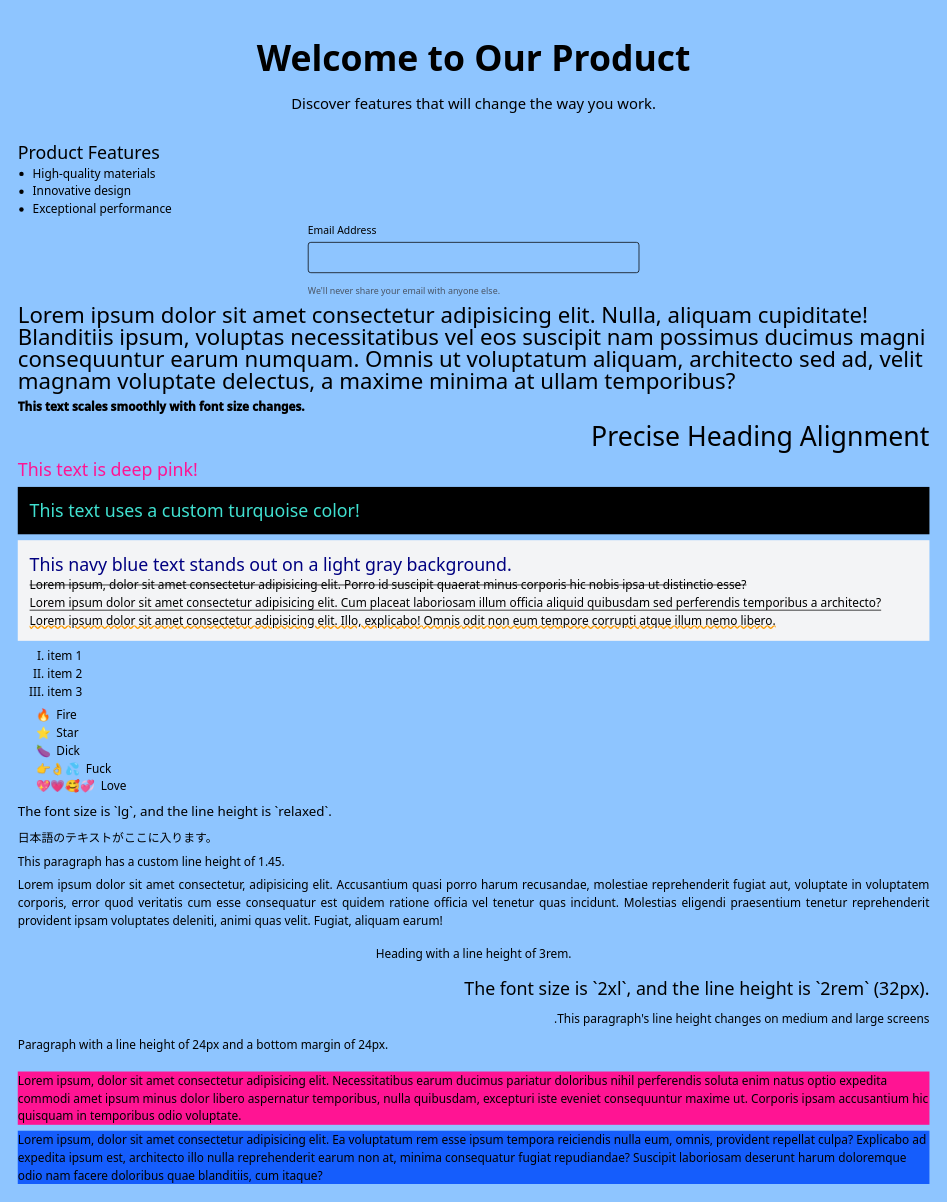
Repository: DinTri/TailwindCss
Page: index.html
An editor plug-in stored every save of this project. The page is shown before and after the next save, followed by the edit.
The browser window is 1280 px wide. The pictures show the whole page, at 74% of full size.
Some web fonts or font styles are not loaded; a fallback is used.

Above is the page before, as saved 2025-06-10 10:35:54.

### index.html
<!DOCTYPE html>
<html lang="en">
  <head>
    <meta charset="UTF-8">
    <meta name="viewport" content="width=device-width, initial-scale=1">
    <title>Play with Tailwind</title>
    <link rel="preconnect" href="https://fonts.googleapis.com">
<link rel="preconnect" href="https://fonts.gstatic.com" crossorigin>
<link href="https://fonts.googleapis.com/css2?family=Edu+VIC+WA+NT+Hand+Pre:wght@400..700&display=swap" rel="stylesheet">
    <link rel="stylesheet" href="style.css">
    </head>
  <body class="bg-blue-300">
    <div class="m-2 p-4 space-y-2">
      <section class="text-center py-6">
  <h1 class="text-5xl leading-tight font-bold">
    Welcome to Our Product
  </h1>
  <p class="text-xl leading-relaxed mt-4">
    Discover features that will change the way you work.
  </p>
</section>
<div class="product-description">
  <h2 class="text-2xl leading-snug">
    Product Features
  </h2>
  <ul class="list-disc pl-5 leading-normal">
    <li>High-quality materials</li>
    <li>Innovative design</li>
    <li>Exceptional performance</li>
  </ul>
</div>
<form class="max-w-md mx-auto">
  <label id="testLabel" class="block text-sm leading-tight mb-2">
    Email Address
  </label>
  <input type="email" aria-labelledby="testLabel" class="w-full border rounded px-3 py-2 mb-4">
  <small class="block text-xs leading-snug text-gray-600">
    We'll never share your email with anyone else.
  </small>
</form>
    <p class="text-3xl leading-none">Lorem ipsum dolor sit amet consectetur adipisicing elit. Nulla, aliquam cupiditate! Blanditiis ipsum, voluptas necessitatibus vel eos suscipit nam possimus ducimus magni consequuntur earum numquam. Omnis ut voluptatum aliquam, architecto sed ad, velit magnam voluptate delectus, a maxime minima at ullam temporibus?</p>
    <p class="text-base leading-normal font-[var(--font-extbold)]">
  This text scales smoothly with font size changes.
</p>
<h1 class="text-4xl leading-10 text-right">
  Precise Heading Alignment
</h1>
<p class="text-2xl font-medium text-[var(--color-deeppink)]">
  This text is deep pink!
</p>
<div class="bg-black p-4">
<p class="text-2xl text-[var(--color-turquoise)]">
  This text uses a custom turquoise color!
</p>
</div>
<div class="bg-gray-100 p-4">
  <p class="text-[#000080] text-2xl">
    This navy blue text stands out on a light gray background.
  </p>
  <p class="line-through">Lorem ipsum, dolor sit amet consectetur adipisicing elit. Porro id suscipit quaerat minus corporis hic nobis ipsa ut distinctio esse?</p>
  <p class="underline underline-offset-4">Lorem ipsum dolor sit amet consectetur adipisicing elit. Cum placeat laboriosam illum officia aliquid quibusdam sed perferendis temporibus a architecto?</p>
  <p class="underline decoration-amber-500 decoration-wavy">Lorem ipsum dolor sit amet consectetur adipisicing elit. Illo, explicabo! Omnis odit non eum tempore corrupti atque illum nemo libero.</p>
</div>
<ul class="list-[upper-roman] p-[revert]">
  <li>item 1</li>
  <li>item 2</li>
  <li>item 3</li>
</ul>
<ul class="list-emoji pl-6">
  <li class="before:content-['🔥'] before:mr-2">Fire</li>
  <li class="before:content-['⭐'] before:mr-2">Star</li>
  <li class="before:content-['🍆'] before:mr-2">Dick</li>
  <li class="before:content-['👉👌💦'] before:mr-2">Fuck</li>
  <li class="before:content-['💖💗🥰💞'] before:mr-2">Love</li>
</ul>
<p class="text-lg/relaxed">
  The font size is `lg`, and the line height is `relaxed`.
</p>
<p class="leading-relaxed" lang="ja">
  日本語のテキストがここに入ります。
</p>
<p class="leading-[1.45]">
  This paragraph has a custom line height of 1.45.
</p>
<p class="text-justify">Lorem ipsum dolor sit amet consectetur, adipisicing elit. Accusantium quasi porro harum recusandae, molestiae reprehenderit fugiat aut, voluptate in voluptatem corporis, error quod veritatis cum esse consequatur est quidem ratione officia vel tenetur quas incidunt. Molestias eligendi praesentium tenetur reprehenderit provident ipsam voluptates deleniti, animi quas velit. Fugiat, aliquam earum!</p>
<h1 class="leading-[3rem] text-center">
  Heading with a line height of 3rem.
</h1>
<p class="text-2xl/8 text-end">
  The font size is `2xl`, and the line height is `2rem` (32px).
</p>
<p class="leading-normal md:leading-relaxed lg:leading-loose text-start" dir="rtl">
  This paragraph's line height changes on medium and large screens.
</p>
<p class="text-base leading-6 mb-6">
  Paragraph with a line height of 24px and a bottom margin of 24px.
</p>
<div class="space-y-2">
  <p class="bg-[var(--color-deeppink)]">Lorem ipsum, dolor sit amet consectetur adipisicing elit. Necessitatibus earum ducimus pariatur doloribus nihil perferendis soluta enim natus optio expedita commodi amet ipsum minus dolor libero aspernatur temporibus, nulla quibusdam, excepturi iste eveniet consequuntur maxime ut. Corporis ipsam accusantium hic quisquam in temporibus odio voluptate.</p>
  <p class="bg-blue-600">Lorem ipsum, dolor sit amet consectetur adipisicing elit. Ea voluptatum rem esse ipsum tempora reiciendis nulla eum, omnis, provident repellat culpa? Explicabo ad expedita ipsum est, architecto illo nulla reprehenderit earum non at, minima consequatur fugiat repudiandae? Suscipit laboriosam deserunt harum doloremque odio nam facere doloribus quae blanditiis, cum itaque?</p>
</div>
  </div>
  </body>
</html>

Loaded but not shown: style.css (2230 lines, source omitted)

After the next save:
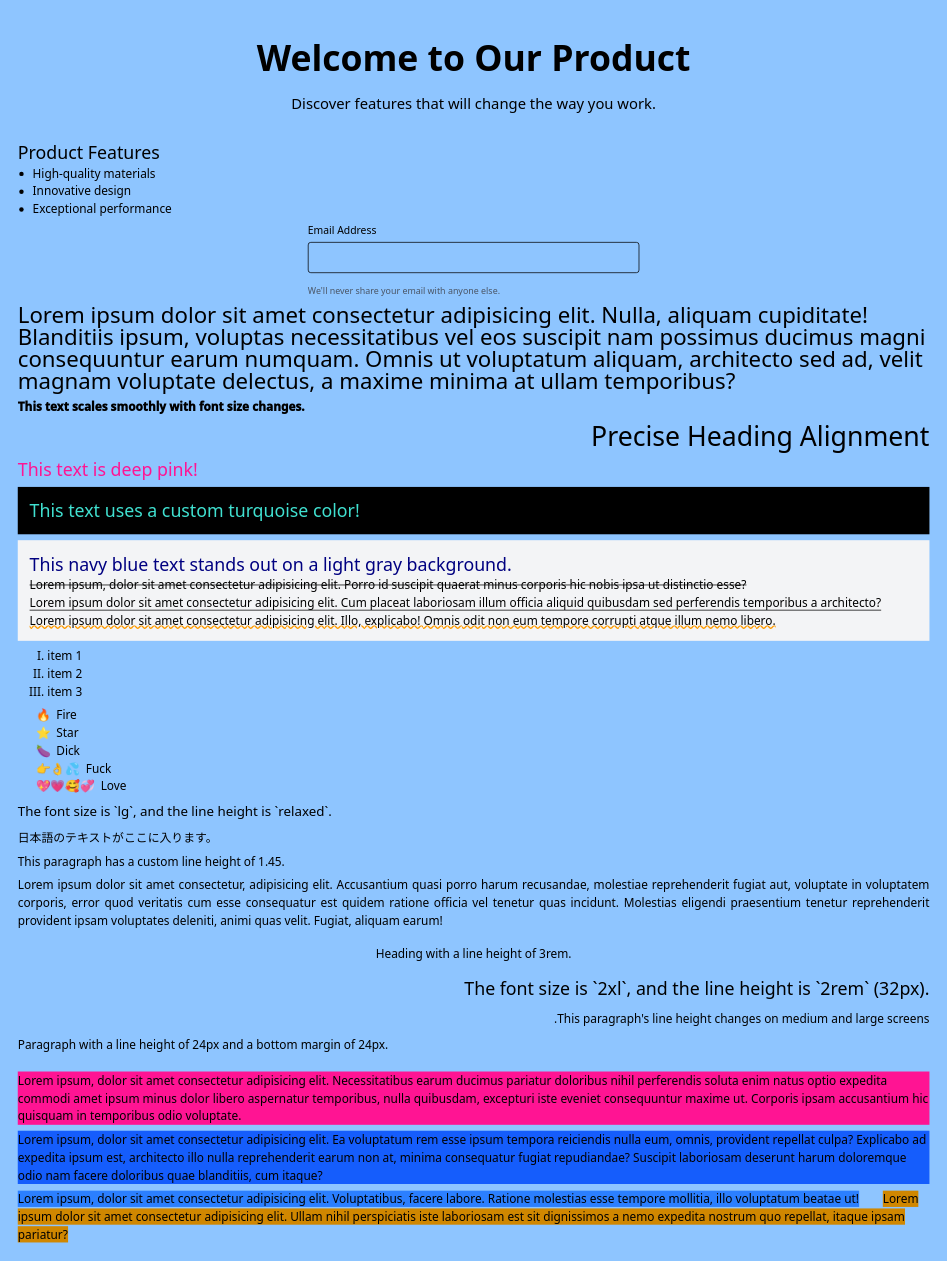
Saved 16 min 3 s later.
--- a/index.html
+++ b/index.html
@@ -99,6 +99,10 @@
   <p class="bg-[var(--color-deeppink)]">Lorem ipsum, dolor sit amet consectetur adipisicing elit. Necessitatibus earum ducimus pariatur doloribus nihil perferendis soluta enim natus optio expedita commodi amet ipsum minus dolor libero aspernatur temporibus, nulla quibusdam, excepturi iste eveniet consequuntur maxime ut. Corporis ipsam accusantium hic quisquam in temporibus odio voluptate.</p>
   <p class="bg-blue-600">Lorem ipsum, dolor sit amet consectetur adipisicing elit. Ea voluptatum rem esse ipsum tempora reiciendis nulla eum, omnis, provident repellat culpa? Explicabo ad expedita ipsum est, architecto illo nulla reprehenderit earum non at, minima consequatur fugiat repudiandae? Suscipit laboriosam deserunt harum doloremque odio nam facere doloribus quae blanditiis, cum itaque?</p>
 </div>
+<div class="space-x-8">
+  <span class="bg-blue-500">Lorem ipsum, dolor sit amet consectetur adipisicing elit. Voluptatibus, facere labore. Ratione molestias esse tempore mollitia, illo voluptatum beatae ut!</span><span class="bg-yellow-600">Lorem ipsum dolor sit amet consectetur adipisicing elit. Ullam nihil perspiciatis iste laboriosam est sit dignissimos a nemo expedita nostrum quo repellat, itaque ipsam pariatur?</span>
+</div>
+
   </div>
   </body>
 </html>
